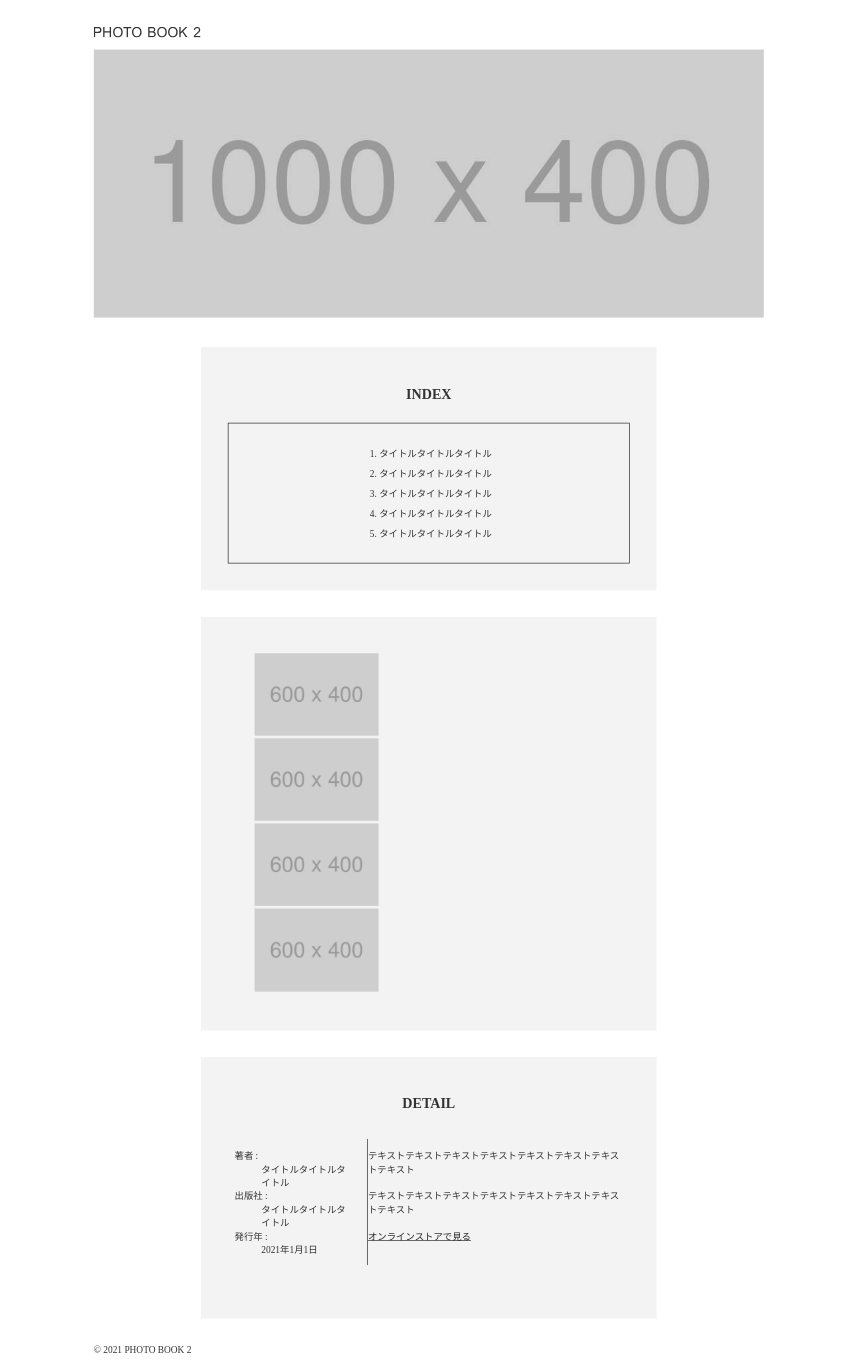
Repository: Fuki-san/photo-book-2
Page: http://localhost/photobook
An editor plug-in stored every save of this project. The page is shown before and after the next save, followed by the edit.
The browser window is 1280 px wide. The pictures show the whole page, at 67% of full size.
The page is served by the project's Laravel application, run on PHP 8.4 with Laravel 10. Other server files are loaded and not shown.

Above is the page before, as saved 2023-12-01 12:21:31.

### routes/web.php
<?php

use Illuminate\Support\Facades\Route;

/*
|--------------------------------------------------------------------------
| Web Routes
|--------------------------------------------------------------------------
|
| Here is where you can register web routes for your application. These
| routes are loaded by the RouteServiceProvider and all of them will
| be assigned to the "web" middleware group. Make something great!
|
*/

Route::get('/', function () {
    return view('welcome');
});

Route::get('photobook', function() {
    return view('photobook');
})->name('photobook');

### resources/views/photobook.blade.php
@extends('layouts.main')

@section('title', 'photobook')

@section('content')
    <div class="container">
        <header id="header">
            <h1 class="site-title"><a href="#"><img src="img/logo.svg" alt=""></a></h1>
        </header>

        <main>

            <div id="mainvisual">
                <img src="img/mainvisual.jpg" alt="">
            </div>

            <section id="index">
                <div class="inner">
                    <h2 class="sec-title">INDEX</h2>
                    <div class="index-inner">
                        <ol class="index-list">
                            <li>タイトルタイトルタイトル</li>
                            <li>タイトルタイトルタイトル</li>
                            <li>タイトルタイトルタイトル</li>
                            <li>タイトルタイトルタイトル</li>
                            <li>タイトルタイトルタイトル</li>
                        </ol>
                    </div>
                </div>
            </section>

                <div class="inner">
                    <ul class="list">
                        <li><img src="img/photo1.jpg" alt=""></li>
                        <li><img src="img/photo2.jpg" alt=""></li>
                        <li><img src="img/photo3.jpg" alt=""></li>
                        <li><img src="img/photo4.jpg" alt=""></li>
                    </ul>
                </div>

            <section id="detail">
                <div class="inner">
                    <h2 class="sec-title">DETAIL</h2>
                    <div class="flex">
                        <dl>
                            <dt>著者 : </dt>
                            <dd>タイトルタイトルタイトル</dd>
                            <dt>出版社 : </dt>
                            <dd>タイトルタイトルタイトル</dd>
                            <dt>発行年 : </dt>
                            <dd>2021年1月1日</dd>
                        </dl>
                        <div class="text">
                            <p>テキストテキストテキストテキストテキストテキストテキストテキスト</p>
                            <p>テキストテキストテキストテキストテキストテキストテキストテキスト</p>
                            <a href="#" class="link" target="_blank" rel="noopener noreferrer">オンラインストアで見る</a>
                        </div>
                    </div>
                </div>
            </section>
        </main>

        <footer id="footer">
            <p>&copy; 2021 PHOTO BOOK 2</p>
        </footer>

    </div>
@endsection

### resources/views/layouts/main.blade.php
<!DOCTYPE html>
<html lang="ja">
<head>
    <meta charset="UTF-8">
    <meta name="viewport" content="width=device-width, initial-scale=1.0">
    <meta http-equiv="X-UA-Compatible" content="ie=edge">
    <link rel="stylesheet" href="{{ asset('css/reset.css') }}">
    <link rel="stylesheet" href="{{ asset('css/style.css') }}">
    <link rel="icon" href="img/favicon.ico">
    <title>@yield('title')</title>
</head>
<body>
    @yield('content')
</body>
</html>

### public/css/style.css
@charset "utf-8";

html{
    font-size: 100%;
}
body{
    color: #333;
    font-size: 0.875rem;
}
img{
    max-width: 100%;
}
.container{
    max-width: 1000px;
    margin: 0 auto;
}
.inner{
    margin: 0 auto;
    max-width: 600px;
}

/* header */
#header{
    margin: 40px 0 10px 0;
}
#header .site-title{
    width: 160px;
    line-height: 1px;
}
#header .site-title a{
    display: block;
}
/* indexx */
.inner{
    background-color: #f3f3f3;
    padding: 40px;
    margin: 40px auto 40px auto;
}
.sec-title{
    display: flex;
    justify-content: center;
    margin-bottom: 30px;
}

#index .index-list{
    margin-left: 20px;
    justify-content: center;
    padding: 20px 40px;
}
#index .index-list li{
    margin-bottom: 10px;
}
#index .index-list li:last-child{
    margin-bottom: 0;
}
#index .index-inner{
    border: solid 1px #242424;
    display: flex;
    justify-content: center;
}

.list{
    display: flex;
    flex-wrap: wrap;
}
.list li{
    list-style: none;
}
.list img{
    width: 33%;
}

/* detaill */
.flex{
    display: flex;
    padding: 10px;
    margin-bottom: 30px;
}
.text{
    border-left: solid 1px #242424;
    margin-left: 20px;
}
.text a{
    color: #242424;
}
.text a:hover{
    opacity: 0.7;
}
.text p{
    margin-bottom: 20px;
}

### public/img/logo.svg
<?xml version="1.0" encoding="utf-8"?>
<!-- Generator: Adobe Illustrator 15.1.0, SVG Export Plug-In . SVG Version: 6.00 Build 0)  -->
<!DOCTYPE svg PUBLIC "-//W3C//DTD SVG 1.1//EN" "http://www.w3.org/Graphics/SVG/1.1/DTD/svg11.dtd">
<svg version="1.1" id="レイヤー_1" xmlns="http://www.w3.org/2000/svg" xmlns:xlink="http://www.w3.org/1999/xlink" x="0px"
	 y="0px" width="1600px" height="156px" viewBox="0 0 1600 156" enable-background="new 0 0 1600 156" xml:space="preserve">
<g>
	<path fill="#333333" d="M0,152.092V2.65h56.373c9.92,0,17.498,0.477,22.731,1.428c7.34,1.223,13.49,3.552,18.451,6.982
		c4.96,3.433,8.953,8.241,11.978,14.425c3.022,6.185,4.536,12.98,4.536,20.387c0,12.709-4.043,23.463-12.129,32.264
		c-8.09,8.802-22.699,13.202-43.834,13.202h-38.33v60.754H0z M19.775,73.702h38.636c12.775,0,21.847-2.379,27.217-7.136
		c5.369-4.757,8.053-11.451,8.053-20.082c0-6.252-1.581-11.604-4.741-16.056c-3.16-4.45-7.324-7.391-12.487-8.817
		c-3.33-0.883-9.481-1.325-18.452-1.325H19.775V73.702z"/>
	<path fill="#333333" d="M139.859,152.092V2.65h19.776v61.367h77.677V2.65h19.775v149.441h-19.775V81.652h-77.677v70.439H139.859z"
		/>
	<path fill="#333333" d="M288.174,79.309c0-24.805,6.66-44.224,19.98-58.258C321.473,7.019,338.667,0,359.735,0
		c13.795,0,26.232,3.298,37.309,9.889c11.076,6.593,19.521,15.784,25.332,27.574c5.811,11.791,8.716,25.163,8.716,40.112
		c0,15.155-3.059,28.713-9.175,40.674c-6.116,11.961-14.781,21.016-25.993,27.166c-11.214,6.15-23.311,9.226-36.291,9.226
		c-14.067,0-26.641-3.398-37.717-10.194c-11.079-6.794-19.471-16.071-25.179-27.829C291.029,104.86,288.174,92.425,288.174,79.309z
		 M308.562,79.614c0,18.01,4.843,32.197,14.527,42.559c9.684,10.364,21.831,15.546,36.442,15.546
		c14.884,0,27.131-5.231,36.75-15.699c9.615-10.464,14.423-25.313,14.423-44.546c0-12.165-2.057-22.784-6.167-31.856
		c-4.112-9.071-10.126-16.106-18.043-21.101c-7.917-4.995-16.804-7.493-26.656-7.493c-14,0-26.046,4.81-36.137,14.425
		C313.608,41.065,308.562,57.121,308.562,79.614z"/>
	<path fill="#333333" d="M490.425,152.092V20.286h-49.237V2.65h118.451v17.636h-49.439v131.806H490.425z"/>
	<path fill="#333333" d="M570.14,79.309c0-24.805,6.658-44.224,19.979-58.258C603.438,7.019,620.632,0,641.7,0
		c13.794,0,26.23,3.298,37.309,9.889c11.076,6.593,19.522,15.784,25.331,27.574c5.813,11.791,8.717,25.163,8.717,40.112
		c0,15.155-3.059,28.713-9.176,40.674c-6.114,11.961-14.779,21.016-25.992,27.166s-23.311,9.226-36.291,9.226
		c-14.068,0-26.641-3.398-37.717-10.194c-11.078-6.794-19.47-16.071-25.179-27.829C572.994,104.86,570.14,92.425,570.14,79.309z
		 M590.526,79.614c0,18.01,4.843,32.197,14.527,42.559c9.685,10.364,21.83,15.546,36.442,15.546
		c14.883,0,27.132-5.231,36.748-15.699c9.615-10.464,14.424-25.313,14.424-44.546c0-12.165-2.057-22.784-6.166-31.856
		c-4.113-9.071-10.127-16.106-18.043-21.101c-7.918-4.995-16.804-7.493-26.658-7.493c-14,0-26.044,4.81-36.136,14.425
		C595.572,41.065,590.526,57.121,590.526,79.614z"/>
	<path fill="#333333" d="M812.43,152.092V2.65h56.066c11.416,0,20.573,1.514,27.472,4.537c6.896,3.024,12.3,7.68,16.209,13.966
		c3.907,6.286,5.861,12.861,5.861,19.724c0,6.39-1.732,12.404-5.198,18.044c-3.467,5.641-8.7,10.193-15.7,13.659
		c9.039,2.65,15.987,7.172,20.848,13.558c4.857,6.389,7.289,13.933,7.289,22.631c0,7-1.479,13.506-4.435,19.521
		c-2.957,6.016-6.612,10.652-10.958,13.915c-4.352,3.261-9.806,5.726-16.363,7.391c-6.558,1.666-14.593,2.497-24.106,2.497H812.43z
		 M832.206,65.444h32.313c8.768,0,15.053-0.576,18.859-1.733c5.027-1.493,8.818-3.975,11.366-7.439
		c2.548-3.468,3.822-7.815,3.822-13.049c0-4.961-1.188-9.328-3.567-13.099c-2.38-3.773-5.776-6.354-10.192-7.748
		c-4.419-1.393-11.997-2.09-22.733-2.09h-29.868V65.444z M832.206,134.457h37.208c6.386,0,10.872-0.237,13.455-0.715
		c4.552-0.814,8.358-2.173,11.417-4.077c3.058-1.901,5.571-4.672,7.544-8.308c1.971-3.634,2.956-7.832,2.956-12.589
		c0-5.571-1.428-10.414-4.281-14.526c-2.854-4.111-6.814-6.999-11.876-8.665c-5.063-1.664-12.354-2.497-21.865-2.497h-34.558
		V134.457z"/>
	<path fill="#333333" d="M946.479,79.309c0-24.805,6.659-44.224,19.979-58.258C979.776,7.019,996.972,0,1018.039,0
		c13.794,0,26.23,3.298,37.309,9.889c11.077,6.593,19.521,15.784,25.331,27.574c5.812,11.791,8.717,25.163,8.717,40.112
		c0,15.155-3.058,28.713-9.175,40.674s-14.781,21.016-25.994,27.166s-23.311,9.226-36.29,9.226
		c-14.068,0-26.641-3.398-37.717-10.194c-11.078-6.794-19.47-16.071-25.18-27.829C949.332,104.86,946.479,92.425,946.479,79.309z
		 M966.865,79.614c0,18.01,4.842,32.197,14.526,42.559c9.685,10.364,21.83,15.546,36.442,15.546
		c14.884,0,27.133-5.231,36.749-15.699c9.615-10.464,14.424-25.313,14.424-44.546c0-12.165-2.057-22.784-6.166-31.856
		c-4.113-9.071-10.127-16.106-18.044-21.101c-7.917-4.995-16.803-7.493-26.657-7.493c-14.001,0-26.044,4.81-36.136,14.425
		C971.91,41.065,966.865,57.121,966.865,79.614z"/>
	<path fill="#333333" d="M1108.865,79.309c0-24.805,6.66-44.224,19.979-58.258C1142.163,7.019,1159.357,0,1180.426,0
		c13.794,0,26.23,3.298,37.31,9.889c11.076,6.593,19.521,15.784,25.332,27.574c5.811,11.791,8.715,25.163,8.715,40.112
		c0,15.155-3.059,28.713-9.175,40.674c-6.115,11.961-14.779,21.016-25.993,27.166s-23.312,9.226-36.29,9.226
		c-14.068,0-26.642-3.398-37.719-10.194c-11.078-6.794-19.469-16.071-25.177-27.829
		C1111.719,104.86,1108.865,92.425,1108.865,79.309z M1129.254,79.614c0,18.01,4.842,32.197,14.525,42.559
		c9.684,10.364,21.831,15.546,36.442,15.546c14.882,0,27.131-5.231,36.749-15.699c9.615-10.464,14.424-25.313,14.424-44.546
		c0-12.165-2.057-22.784-6.167-31.856c-4.113-9.071-10.127-16.106-18.043-21.101c-7.917-4.995-16.804-7.493-26.658-7.493
		c-13.999,0-26.044,4.81-36.135,14.425C1134.298,41.065,1129.254,57.121,1129.254,79.614z"/>
	<path fill="#333333" d="M1276.45,152.092V2.65h19.776V76.76l74.211-74.109h26.81l-62.691,60.552l65.444,88.89h-26.096
		l-53.213-75.638l-24.465,23.854v51.784H1276.45z"/>
</g>
<path fill="#333333" d="M1588.863,134.712v17.636h-98.777c-0.138-4.417,0.575-8.665,2.14-12.743
	c2.514-6.728,6.54-13.354,12.079-19.878c5.539-6.523,13.541-14.067,24.008-22.63c16.242-13.319,27.218-23.87,32.926-31.652
	c5.709-7.78,8.563-15.138,8.563-22.069c0-7.271-2.601-13.405-7.799-18.4c-5.199-4.995-11.978-7.492-20.337-7.492
	c-8.835,0-15.902,2.65-21.203,7.951s-7.986,12.641-8.053,22.019l-18.859-1.937c1.29-14.067,6.149-24.787,14.577-32.162
	c8.427-7.373,19.741-11.061,33.946-11.061c14.338,0,25.688,3.976,34.048,11.927c8.358,7.951,12.538,17.807,12.538,29.563
	c0,5.981-1.224,11.86-3.67,17.636c-2.446,5.776-6.508,11.86-12.182,18.247c-5.676,6.389-15.104,15.155-28.288,26.3
	c-11.009,9.243-18.078,15.513-21.203,18.808c-3.127,3.298-5.708,6.61-7.747,9.939H1588.863z"/>
</svg>

After the next save:
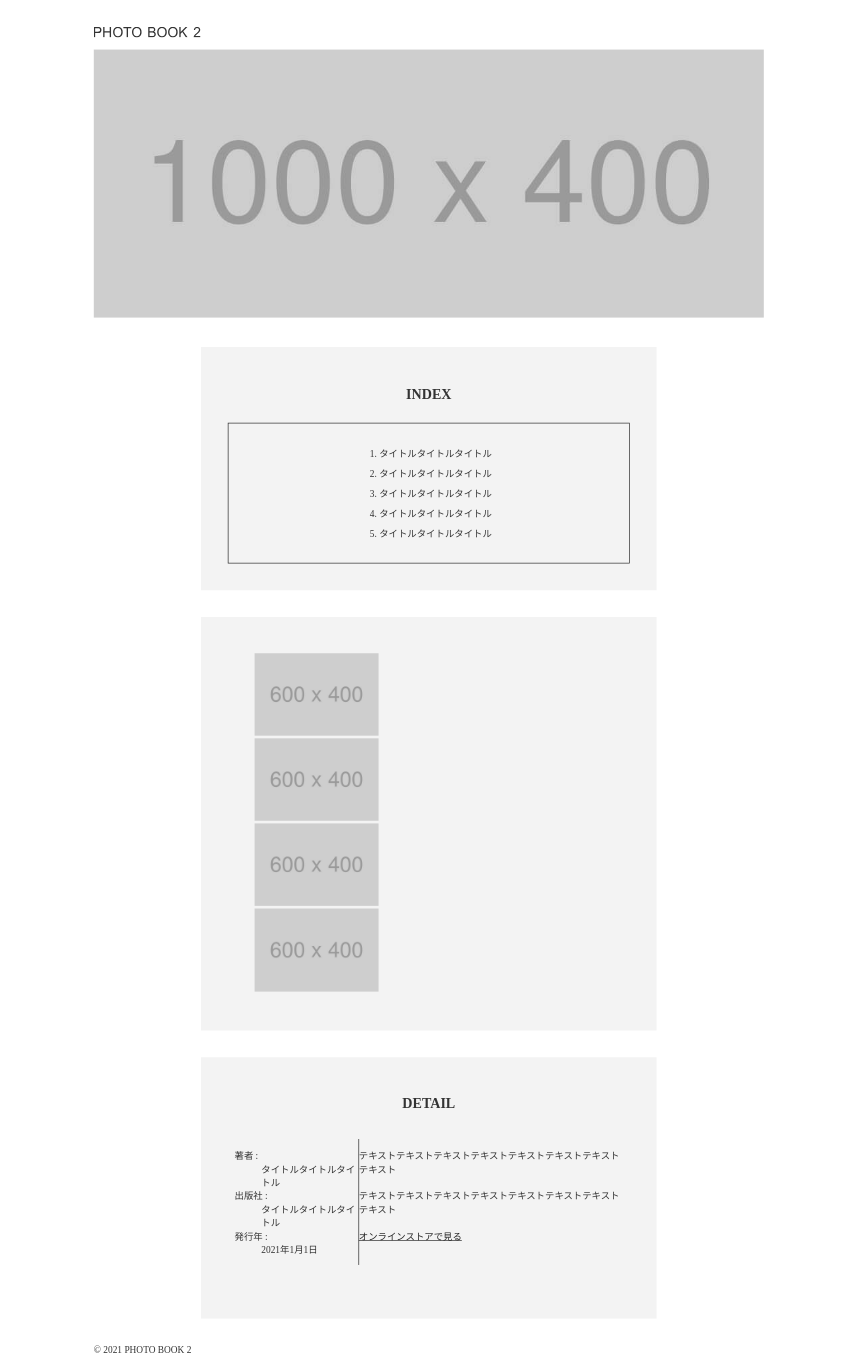
Saved 74 s later.
--- a/public/css/style.css
+++ b/public/css/style.css
@@ -78,7 +78,6 @@ img{
 }
 .text{
     border-left: solid 1px #242424;
-    margin-left: 20px;
 }
 .text a{
     color: #242424;
